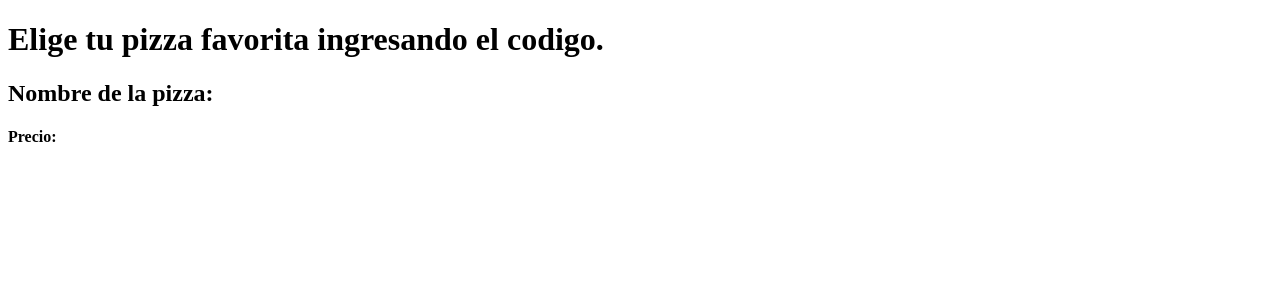
Repository: lucas-itup/E1-JAVASCRIPT
Page: index.html
These files come from the project's save history. The page is drawn as it stood at one moment and after the next save; the edit follows.
The browser window is 1280 px wide. The pictures show the whole page.

Above is the page before, as saved 2022-09-11 19:57:53.

### index.html
<!DOCTYPE html>
<html lang="en">

<head>
    <meta charset="UTF-8">
    <meta http-equiv="X-UA-Compatible" content="IE=edge">
    <meta name="viewport" content="width=device-width, initial-scale=1.0">

    <title>E1-JAVASCRIPT</title>
</head>

<body>
    <div id="listado-pizzas">
        <div>
            <h1>Elige tu pizza favorita ingresando el codigo.</h1>

            <h2>Nombre de la pizza: <span id="nombre-pizza"> </span></h2>
            <h4>Precio: <span id="precio-pizza"></span></h4>
        </div>
    </div>
    <script src="/assets/index.js"></script>
</body>

</html>

### assets/index.js
let pizza1 = {
    id: '1',
    nombre: 'Muzarella',
    ingredientes: [
        'tomate', 'muzarella', 'oregano'
    ],
    precio: '600'
}
let pizza2 = {
    id: '2',
    nombre: 'Napolitana',
    ingredientes: [
        'jamon', 'huevo', 'queso'
    ],
    precio: '300'
}
let pizza3 = {
    id: '3',
    nombre: 'Americana',
    ingredientes: [
        'huevoFrito', 'peperoni', 'roquefort'
    ],
    precio: '200'
}
let pizza4 = {
    id: '4',
    nombre: 'Rucula',
    ingredientes: [
        'verduras', 'palmito', 'especias'
    ],
    precio: '500'
}
let pizza5 = {
    id: '5',
    nombre: 'Especial',
    ingredientes: [
        'salsa', 'harina', 'crema'
    ],
    precio: '800'
}
let pizza6 = {
    id: '6',
    nombre: 'DE_LA_CASA',
    ingredientes: [
        'anchoas', 'pimientos', 'hongos'
    ],
    precio: '900'
}

let pizzas = [pizza1, pizza2, pizza3, pizza4, pizza5, pizza6]
let impares = [];
let menores = [];
let listado = document.getElementById('listado-pizzas');

After the next save:
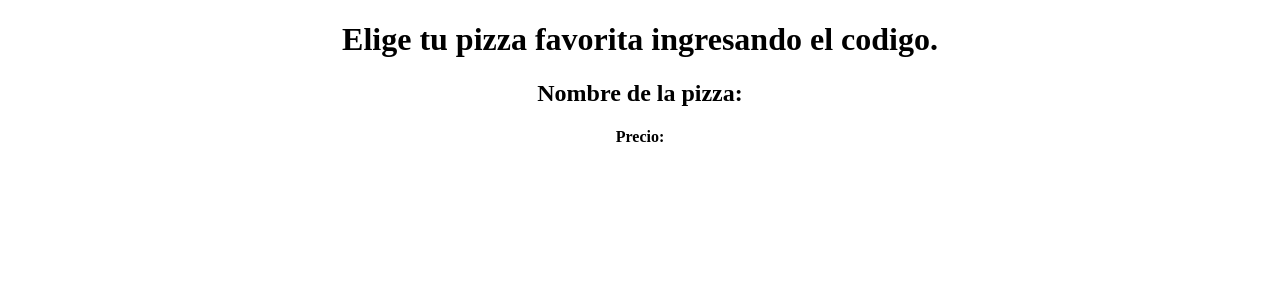
Saved 33 s later.
--- a/index.html
+++ b/index.html
@@ -10,7 +10,7 @@
 </head>
 
 <body>
-    <div id="listado-pizzas">
+    <div id="listado-pizzas" style="text-align: center;">
         <div>
             <h1>Elige tu pizza favorita ingresando el codigo.</h1>
 
